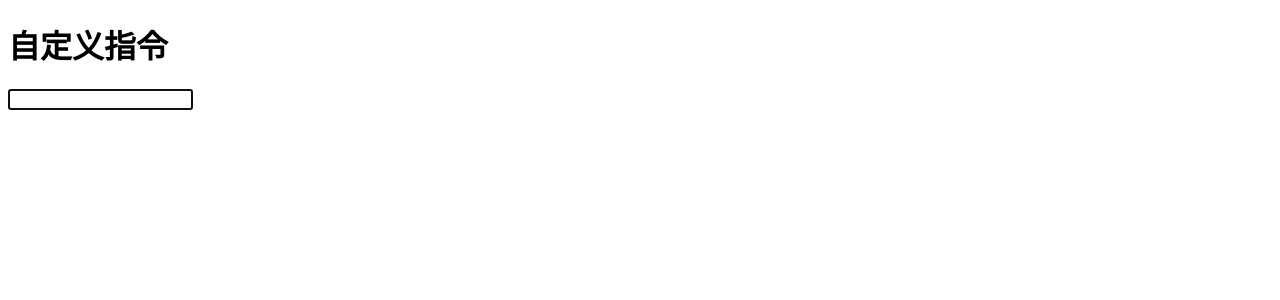
Repository: paranoia-M/vue3-Actions
Page: /define
An editor plug-in stored every save of this project. The page is shown before and after the next save, followed by the edit.
The browser window is 1280 px wide. The pictures show the whole page.
The project was rebuilt for these pictures with package versions that can differ from the ones it lists, and the page was loaded fresh each time. Also part of the build but not shown: vite.config.js, vue.config.js, src/components/demo/Pra.vue, src/components/demo/Pra2.vue, src/components/demo/Pra3.vue, src/components/Component.vue.

Above is the page before, as saved 2022-03-14 15:04:36.

### src/main.js
import { createApp, h } from "vue";
import App from "./App.vue";
import router from "./router";
import MyPlugin from "./plugins/myPlugin/MyPlugin";
// import * as Vue from "vue";
// console.log(Vue);

let app = createApp(App);
app.directive("highlight", {
  beforeMount(el, binding, vnode) {
    el.style.background = binding.value;
  },
});

app.use(router);
// 自定义插件的使用
app.use(MyPlugin, {
  greetings: {
    hello: "Bonjour!",
  },
});
app.mount("#app");
console.log(app.use());

// 应用配置
// app.config.errorHandle = (err) => {
//   console.log(err);
// };
// 等价于
// createApp(
//   {
//     data() {
//       return {
//         data: "main的数据",
//       };
//     },
//     render: () => h(App),
//   },
//   { data: "main改变后的数据" }
// ).mount('#app');

// 等价于
// createApp(App).use(router).use(store).mount('#app')

### src/App.vue

<script setup>
import MyComponent from './components/Component.vue'
</script>

<template>
  <div>
    <!-- <my-component></my-component> -->
    <router-view />
  </div>
</template>

### src/router/index.js
import {
  createRouter,
  createWebHashHistory,
  createWebHistory,
} from "vue-router";
import { defineAsyncComponent } from "vue";

const router = createRouter({
  history: createWebHistory(),
  // history: createWebHashHistory(),
  routes: [
    {
      path: "/",
      name: "home",
      component: defineAsyncComponent(() =>
        import(`../components/Component.vue`)
      ),
    },
    {
      path: "/*",
      redirect: "/",
    },
    //父组件向子组件传递事件处理函数
    {
      path: "/list",
      name: "list",
      component: defineAsyncComponent(() => import(`../pages/list/List.vue`)),
    },
    // watch 监听
    {
      path: "/watch",
      name: "watch",
      component: defineAsyncComponent(() => import(`../pages/watch/Watch.vue`)),
    },
    // 插槽使用
    {
      path: "/slot",
      name: "slot",
      component: defineAsyncComponent(() => import(`../pages/slot/Slot.vue`)),
    },
    // 依赖注入
    {
      path: "/injection",
      name: "injection",
      component: defineAsyncComponent(() =>
        import(`../pages/injection/Injection.vue`)
      ),
    },
    // 可组合函数
    {
      path: "/combination",
      name: "combination",
      component: defineAsyncComponent(() =>
        import(`../pages/combination/Combination.vue`)
      ),
    },
    // 自定义指令
    {
      path: "/define",
      name: "define",
      component: defineAsyncComponent(() =>
        import(`../pages/define/DefineV.vue`)
      ),
    },
  ],
});

export default router;

### src/plugins/myPlugin/MyPlugin.js
export default {
  install: (app, options) => {
    //具体的插件代码
    // 按 key 名翻译文本内容的函数
    app.config.globalProperties.$translate = (key) => {
      return key.split(".").reduce((o, i) => {
        if (o) return o[i];
      });
    };
  },
};

### src/pages/define/DefineV.vue
<template>
  <div>
    <h1>自定义指令</h1>
    <input type="text" v-focus />
    <h1>{{ $translate("greetings.hello") }}</h1>
  </div>
</template>

<script setup>
const vFocus = {
  mounted: (el) => el.focus(),
};
// 指令钩子
const myDirective = {
  // 在绑定元素的attribute前调用，或事件监听器应用前调用
  created(el, binding, vnode, prevNode) {
    /*
    el：指令绑定到的元素。这可以用于直接操作 DOM。
    binding：一个对象，包含以下属性，value，oldValue，arg，modifiers，instance，dir
    vnode：代表绑定元素的底层 VNode。
    prevNode：之前的渲染中代表指令所绑定元素的 VNode。仅在 beforeUpdate 和 updated 钩子中可用。
    */
  },
  // 在元素被插入到dom前调用
  beforeMount() {},
  // 在绑定元素的父组件及他自己的所有子节点都挂载完成后调用
  mounted() {},
  // 绑定元素的父组件更新前调用
  beforeUpdate() {},
  // 在绑定元素的父组件
  // 及他自己的所有子节点都 更新 完成后调用
  updated() {},
  // 绑定元素的父组件卸载之前调用
  beforeUnmount() {},
  // 绑定元素的父组件卸载之后调用
  unmounted() {},
};
</script>

<style>
</style>

Loaded but not shown: index.html (common file)

After the next save:
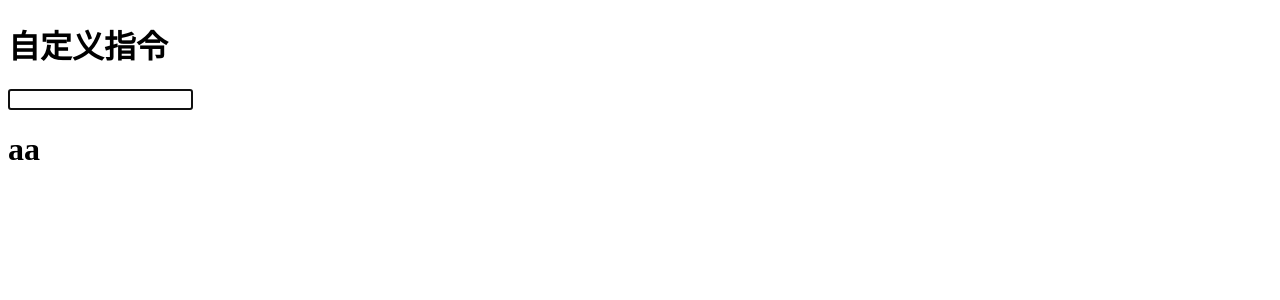
Saved 22 s later.
--- a/src/pages/define/DefineV.vue
+++ b/src/pages/define/DefineV.vue
@@ -2,7 +2,8 @@
   <div>
     <h1>自定义指令</h1>
     <input type="text" v-focus />
-    <h1>{{ $translate("greetings.hello") }}</h1>
+    <h2>{{ $translate("greetings.hello") }}</h2>
+    <h1>aa</h1>
   </div>
 </template>
 
